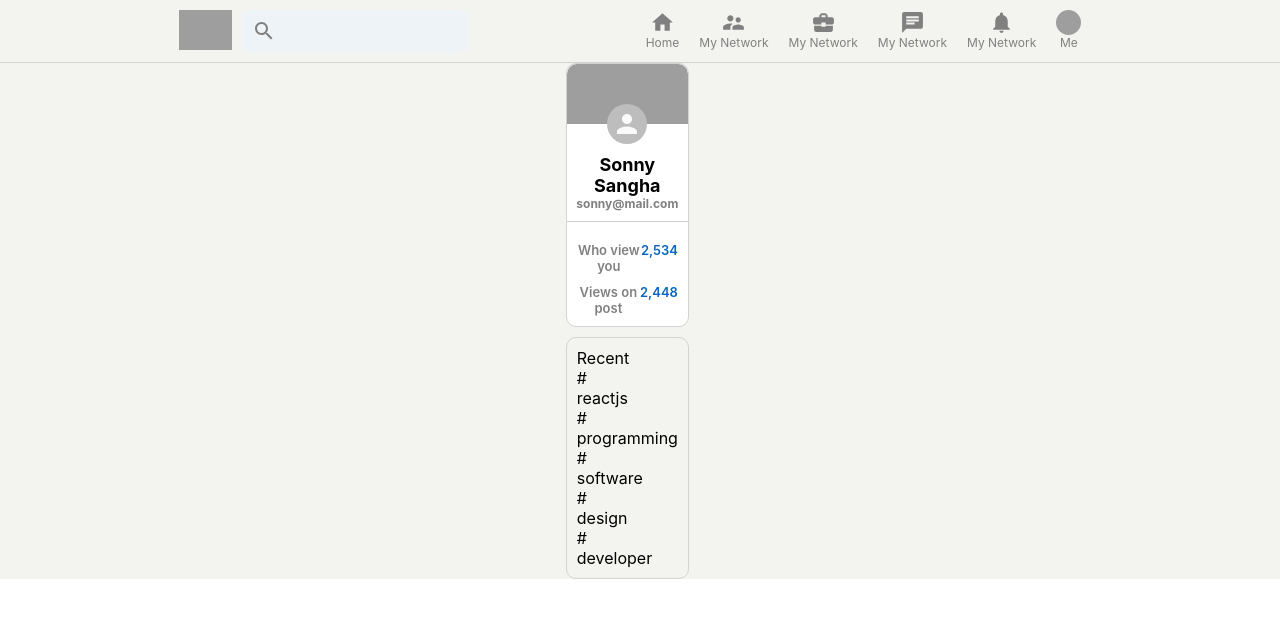
Repository: joaogamarra/linkedin-clone
Page: /
An editor plug-in stored every save of this project. The page is shown before and after the next save, followed by the edit.
The browser window is 1280 px wide. The pictures show the whole page.
Pictures or frames that could not be fetched are drawn as grey boxes. The project was rebuilt for these pictures with package versions that can differ from the ones it lists, and the page was loaded fresh each time.

Above is the page before, as saved 2021-02-18 23:17:50.

After the next save:
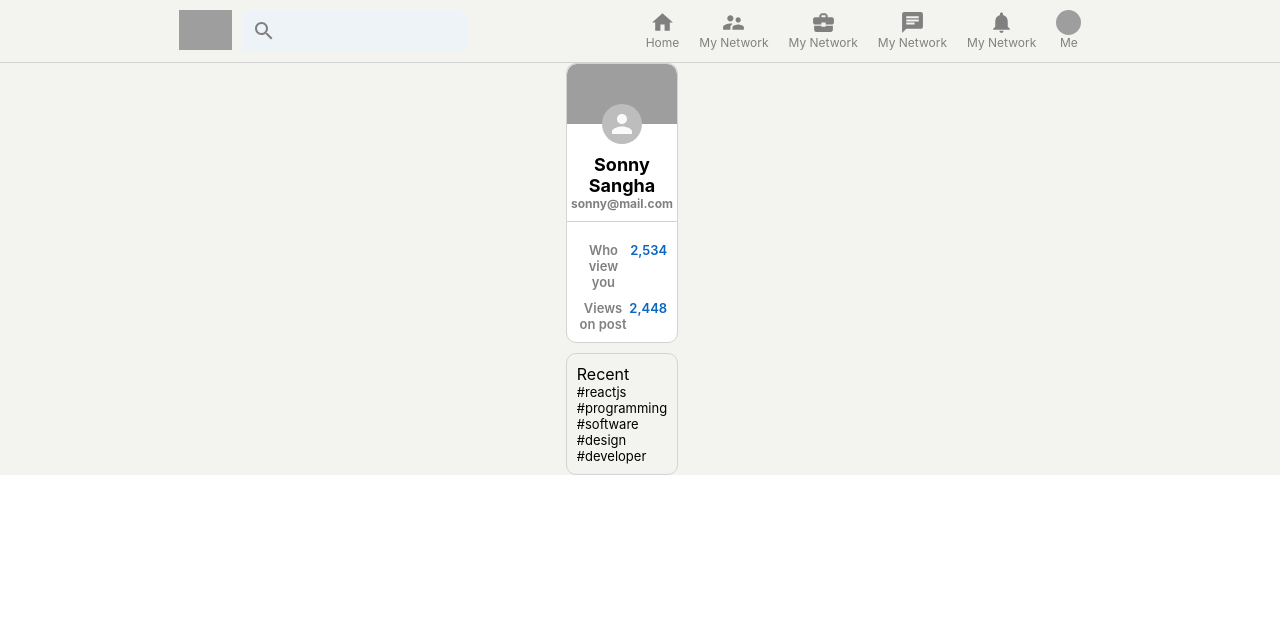
Saved 3 min 46 s later.
--- a/src/components/sidebar/Sidebar.css
+++ b/src/components/sidebar/Sidebar.css
@@ -72,3 +72,8 @@
 	border-radius: 10px;
 	margin-top: 10px;
 }
+
+.sidebar__recentItem {
+	display: flex;
+	font-size: 13px;
+}
